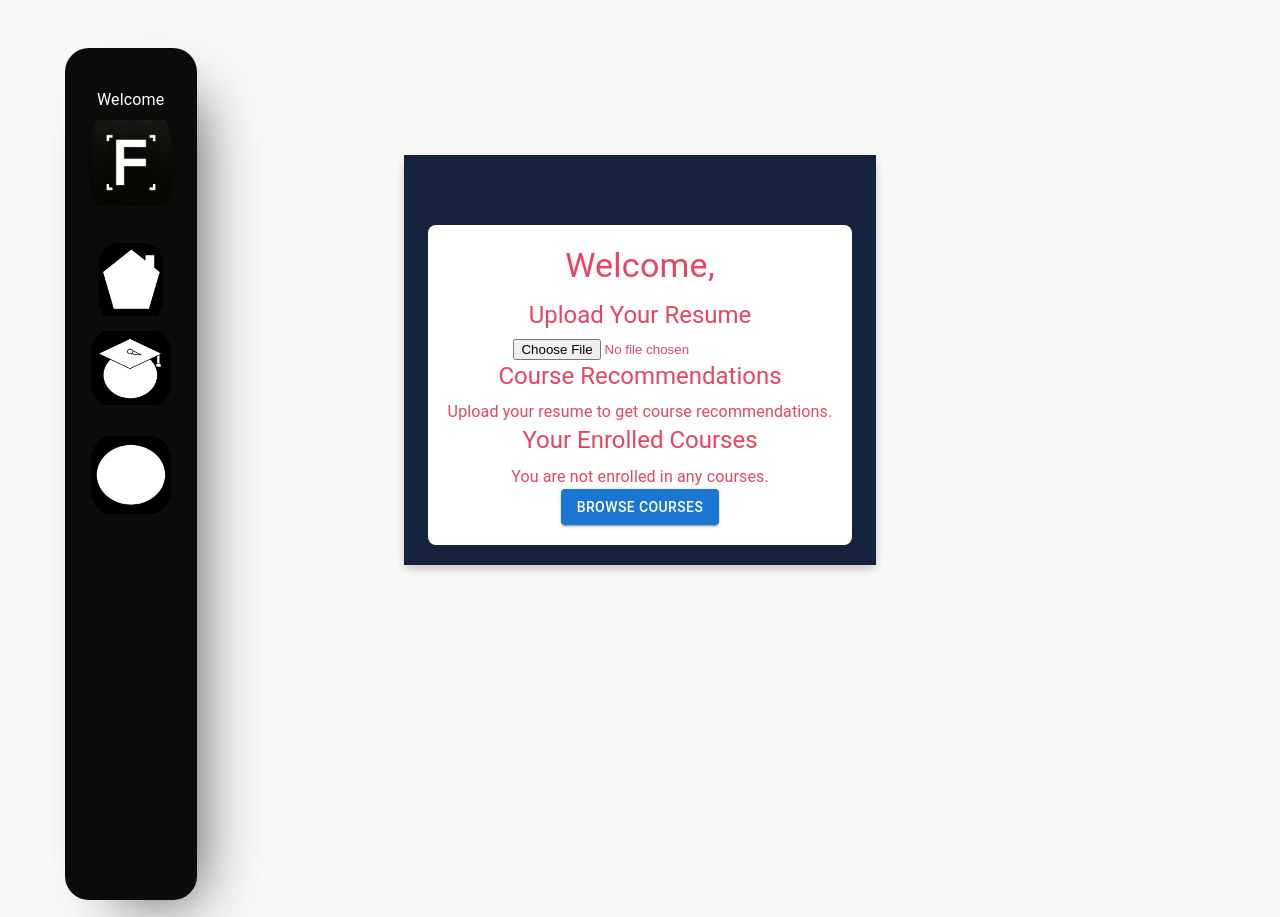
Repository: jvt2/OnlineCourseApp
Page: /dashboard
The author's editor kept a copy of each file at every save. The page is drawn from the files as they stood at one save, then again after the next save.
The browser window is 1280 px wide. The pictures show the whole page.
The page's requests for data from a server got no answer. The project was rebuilt for these pictures with package versions that can differ from the ones it lists, and the page was loaded fresh each time. No one was signed in, and anything a server would have sent is missing. Also part of the build but not shown: src/features/auth/Register.js, src/features/auth/Login.js, src/features/courses/ResumeUpload.js, src/features/courses/CourseRecommendations.js, src/components/common/MyModal.js, src/features/courses/CourseCatalog.js, src/features/courses/CourseDetail.js, src/components/common/Navbar.js and 3 more. Imported but missing from the stored project, and not drawn on this page: src/app/reportWebVitals.

Above is the page before, as saved 2024-07-15 11:20:52.

After the next save:
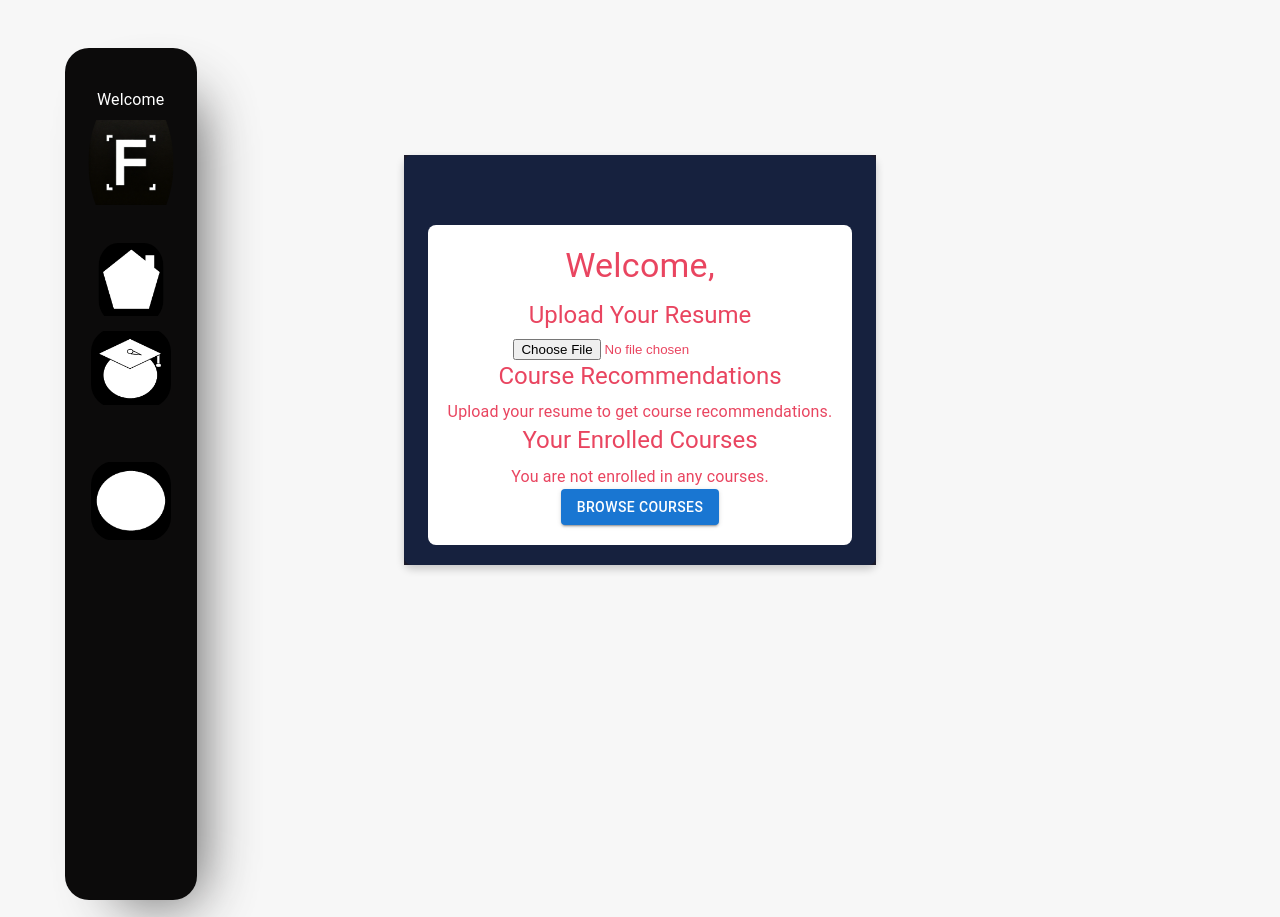
Saved 8 s later.
--- a/src/features/dashboard/Dashboard.css
+++ b/src/features/dashboard/Dashboard.css
@@ -104,7 +104,7 @@
   }
 
   .icon-user {
-    top: 45.46%;
+    top: 48.46%;
     width: 80px;
     height: 80px;
     background-position: center;
